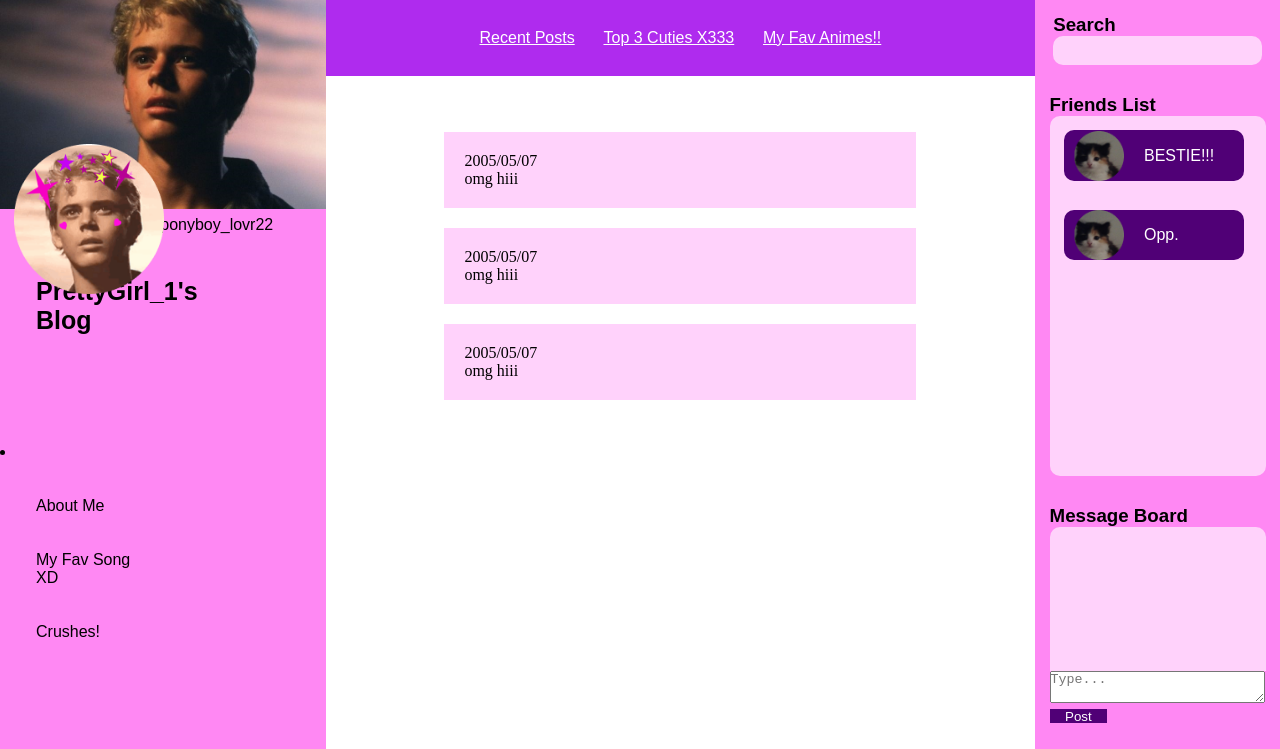
Repository: Jennica1/Frontend-Final
Page: index.html
An editor plug-in stored every save of this project. The page is shown before and after a run of saves, followed by the edit.
The browser window is 1280 px wide. The pictures show the whole page.

Above is the page before, as saved 2024-05-23 12:40:19.

### index.html
<!DOCTYPE html>
<html lang="en">

<head>
  <title>My Blog!!</title>
  <meta charset="UTF-8">
  <meta name="viewport" content="width=device-width, initial-scale=1">
  <link rel="stylesheet" href="style.css">
</head>

<body>
  <div class="content">

    <div class="flexbox">

      <div class="sidebar-wrapper">

        <!--Side Nav Left-->
        <div class="sidebar-left">
          <img src="images/ponyboy.png" class="profile" width="150px" />
          <img src="images/background-image.jpg" alt="background image" class="background-photo" />
          <p class="username">@ponyboy_lovr22</p>
          <p class="nickname">PrettyGirl_1's Blog</p>
          <li class="sidebar-list">
            <ul class="item">About Me</ul>
            <ul class="item">My Fav Song XD</ul>
            <ul class="item">Crushes!</ul>
          </li>
        </div>
      </div>



      <div class="centre-content"> <!-- PUT ALL MAIN CONTENT BELOW THE HEADER -->
        <!-- Header -->
        <header class="header">
          <li class="content-list">
            <ul><a class="link" href="index.html">Recent Posts</a></ul>
            <ul><a class="link" href="topThree.html">Top 3 Cuties X333</a></ul>
            <ul><a class="link" href="anime.html">My Fav Animes!!</a></ul>
          </li>
        </header>

        <!-- main content -->
        <div class="main-content">
          <div class="recents-container">
            <div class="post">
              <p>2005/05/07</p>
              <p>omg hiii</p>
            </div>

            <div class="post">
              <p>2005/05/07</p>
              <p>omg hiii</p>
            </div>

            <div class="post">
              <p>2005/05/07</p>
              <p>omg hiii</p>
            </div>

          </div>
        </div>
      </div>

      <!--Side Nav Right-->
      <div class="sidebar-right">
        <form>
          <h3>Search</h3>
          <input type="text" class="search-bar">
        </form>
        <div class="friends-list">
          <h3>Friends List</h3>
          <div class="friends-container">
            <div class="friend">
              <img src="images/friend-pfp.png" width="50px" style="margin-left: 10px; margin-right: 20px;" />
              <p style="color: white;">BESTIE!!!</p>
            </div>
            <div class="friend">
              <img src="images/friend-pfp.png" width="50px" style="margin-left: 10px; margin-right: 20px;" />
              <p style="color: white;">Opp.</p>
            </div>
          </div>
        </div>
        <div class="message-board">
          <h3>Message Board</h3>
          <div id="message-board-container" class="message-board-container">
            <div class="message-board-content">
            </div>
          </div>
          <div class="user-input">
            <textarea name="" id="new-comment" class="text-box" placeholder="Type..."></textarea>
            <button id="btn-post" class="button-post">Post</button>
            <script src="script.js"></script>
          </div>
        </div>
      </div>
    </div>
  </div>
  </div>
</body>

</html>

### style.css
* {
  margin: 0;
  padding: 0;
}

.content {
  display: flex;
  flex-direction: column;
}

.flexbox {
  display: flex;
  flex-direction: row;
  justify-content: space-between;
  gap: 0;
}

.sidebar-wrapper {
  display: flex;
  justify-content: center;
  height: auto;

}

.sidebar-left {
  display: flex;
  flex-direction: column;
  position: relative;
  background-color: #FF88F3;
  z-index: 0;
  padding-right: 9.1rem;
  width: 25vh;
  font-family: Arial;
}

.profile {
  z-index: 1;
  position: absolute;
  margin-top: 20vh;
  margin-left: 2vh;
}

.background-photo {
  position: absolute;
  top: 0;
  left: 0;
  width: 100%;
  height: 29vh;
  object-fit: cover;

}

.background-container {
  width: 100%;
}

.username {
  margin-top: 30vh;
  margin-left: 20vh;
}

.nickname {
  font-size: 25px;
  margin-top: 6vh;
  margin-left: 5vh;
  width: 100%;
  font-weight: BOLD;
}

.sidebar-list {
  margin-top: 15vh;
}

.item {
  margin: 5vh;
}

.content-list {
  display: flex;
  margin: 4vh;
}

.link {
  color: white;
  margin: 2vh;
}


.sidebar-right {
  background-color: #FF88F3;
  z-index: 0;
  width: 30vh;
  display: flex;
  flex-direction: column;
  align-items: center;
  padding: 2vh;
  font-family: Arial;
  height: 100vh;
}

.search-bar {
  width: 29vh;
  height: 4vh;
  border-radius: 10px;
  border: transparent;
  background-color: #FFD2FB;
}

.friends-list {
  height: auto;
  margin-top: 4vh;
}

.friends-container {
  width: 30vh;
  height: 50vh;
  background-color: #FFD2FB;
  border-radius: 10px;
  display: flex;
  justify-content: center;
  flex-direction: column;
  justify-content: start;
}


.friend {
  width: 25vh;
  height: 7vh;
  border-radius: 10px;
  background-color: #500076;
  margin: 2vh;
  display: flex;
  align-items: center;
}

.message-board-container {
  width: 30vh;
  height: 20vh;
  background-color: #FFD2FB;
  border-top-left-radius: 10px;
  border-top-right-radius: 10px;
  display: flex;
  flex-direction: column-reverse;
  overflow-y: auto;
}

.message-board-content {
  margin: 10px;

}

.message-board {
  margin-top: 4vh;
}

.message {
  width: 80%;
  height: auto;
  margin: 1vh;
  align-items: left;
  display: flex;
  flex-direction: column;
  background-color: purple;
  padding: 1vh;
  border-radius: 5px;
  color: white;
}

.user-input {
  width: 50%;
}

.text-box {
  width: 29.7vh;
}

.button-post {
  width: 8vh;
  height: 2vh;
  right: 0;
  background-color: #500076;
  color: white;
  border: transparent;
}

.header {
  background-color: #AF2BEE;
  color: #ffffff;
  display: flex;
  justify-content: center;
  font-family: Arial;
}

.centre-content {
  width: 100%;
  display: flex;
  flex-direction: column;
}

.main-content {
  display: flex;
  justify-content: center;
}

.recents-container {
margin: 5vh;
}

.post {
  flex-direction: column;
  display: flex;
  margin: 20px;
  padding: 20px;
  width: 60vh;
  background-color: #FFD2FB;
}

### script.js
document.getElementById("btn-post").addEventListener("click", function () {

  const newComment = document.getElementById("new-comment").value;


  const commentContainer = document.createElement("div");
  commentContainer.classList.add("message");
  const commentElement = document.createElement("p");
  commentElement.innerText = newComment;


  commentContainer.appendChild(commentElement);


  const messageBoardContainer = document.getElementById("message-board-container");
  messageBoardContainer.appendChild(commentContainer);


  document.getElementById("new-comment").value = "";
});

After the next 2 saves:
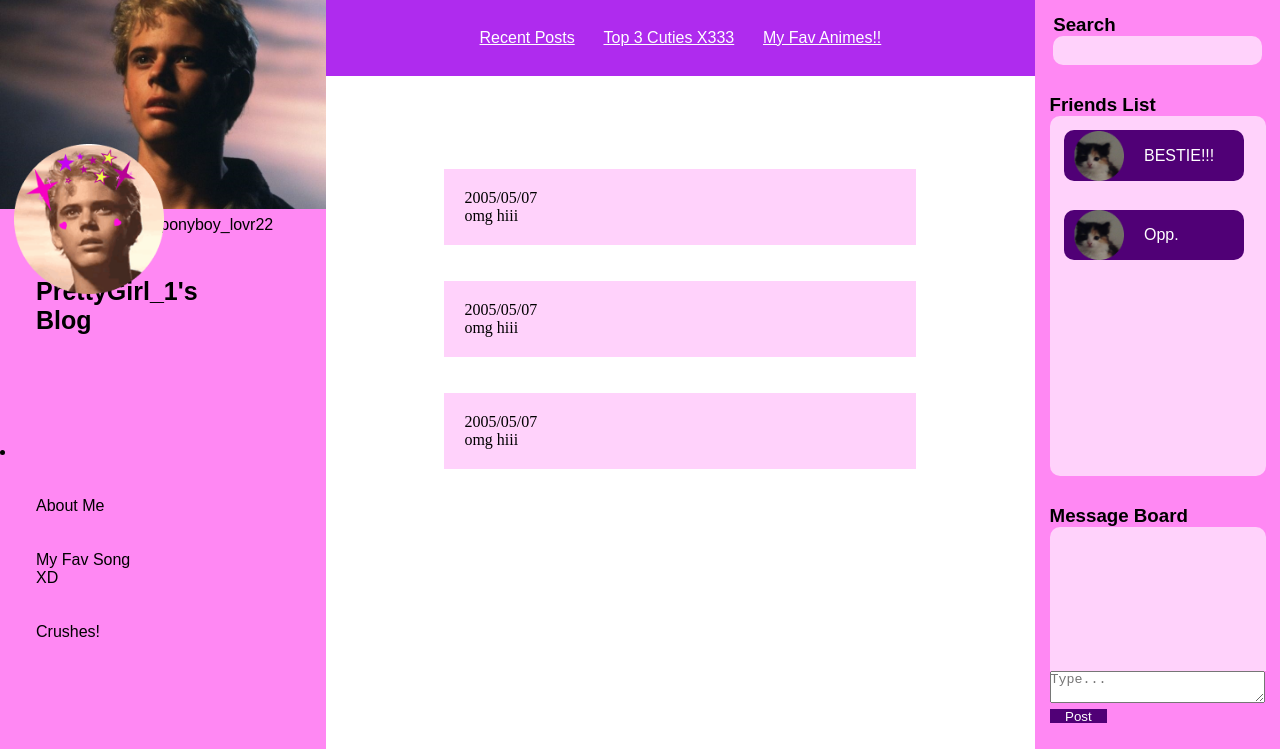
The 2 saves are shown as one change because they came seconds apart.
The last was saved 14 s later.
--- a/style.css
+++ b/style.css
@@ -203,13 +203,13 @@
 }
 
 .recents-container {
-margin: 5vh;
+margin: 8vh;
 }
 
 .post {
   flex-direction: column;
   display: flex;
-  margin: 20px;
+  margin: 5vh;
   padding: 20px;
   width: 60vh;
   background-color: #FFD2FB;
